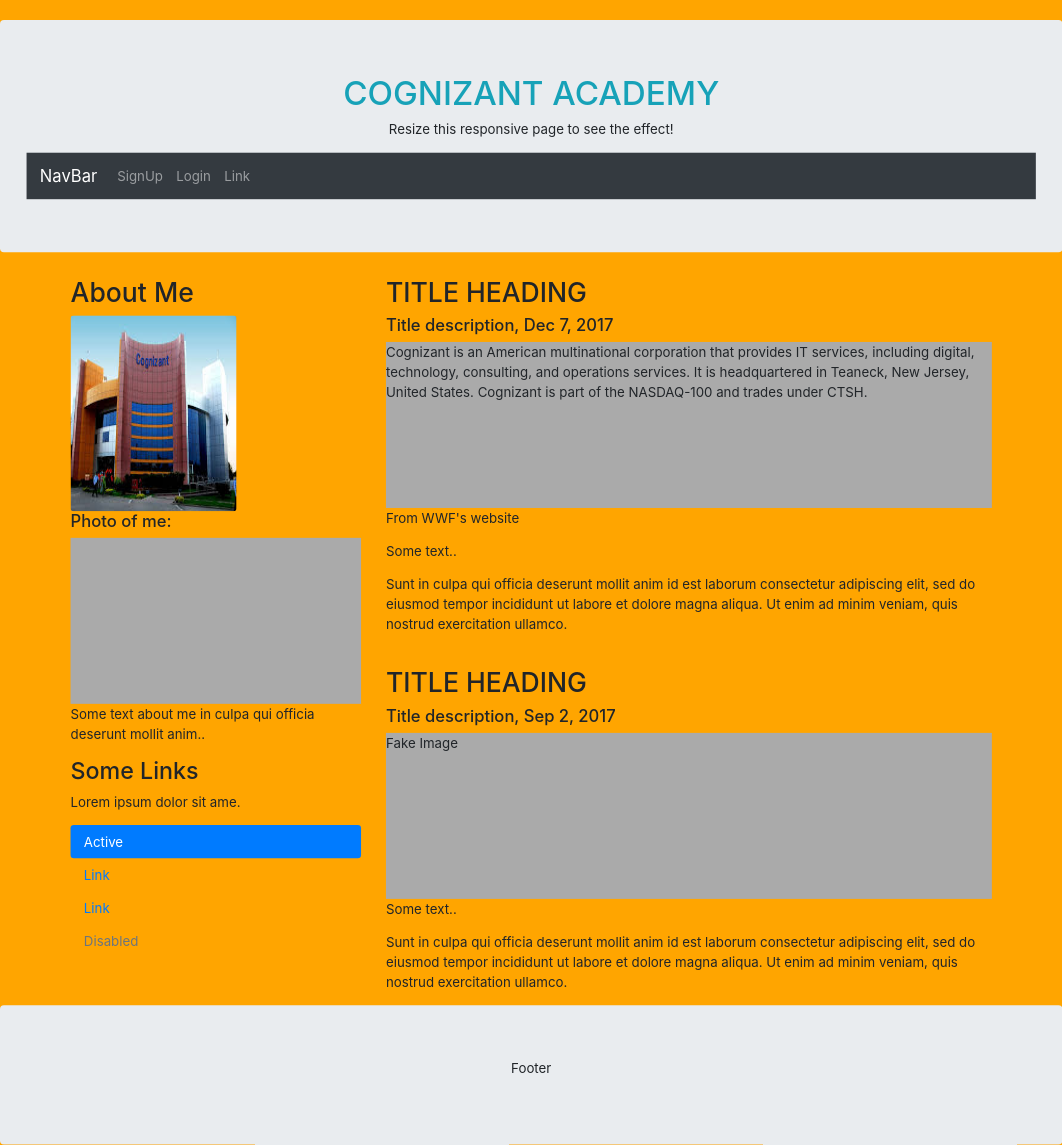
Repository: Ushaswee/cognizant1
Page: BootstrapPro/WebContent/Bootstrap/BsTemplate.html
An editor plug-in stored every save of this project. The page is shown before and after the next save, followed by the edit.
The browser window is 1280 px wide. The pictures show the whole page, at 83% of full size.

Above is the page before, as saved 2020-01-18 12:15:39.

After the next save:
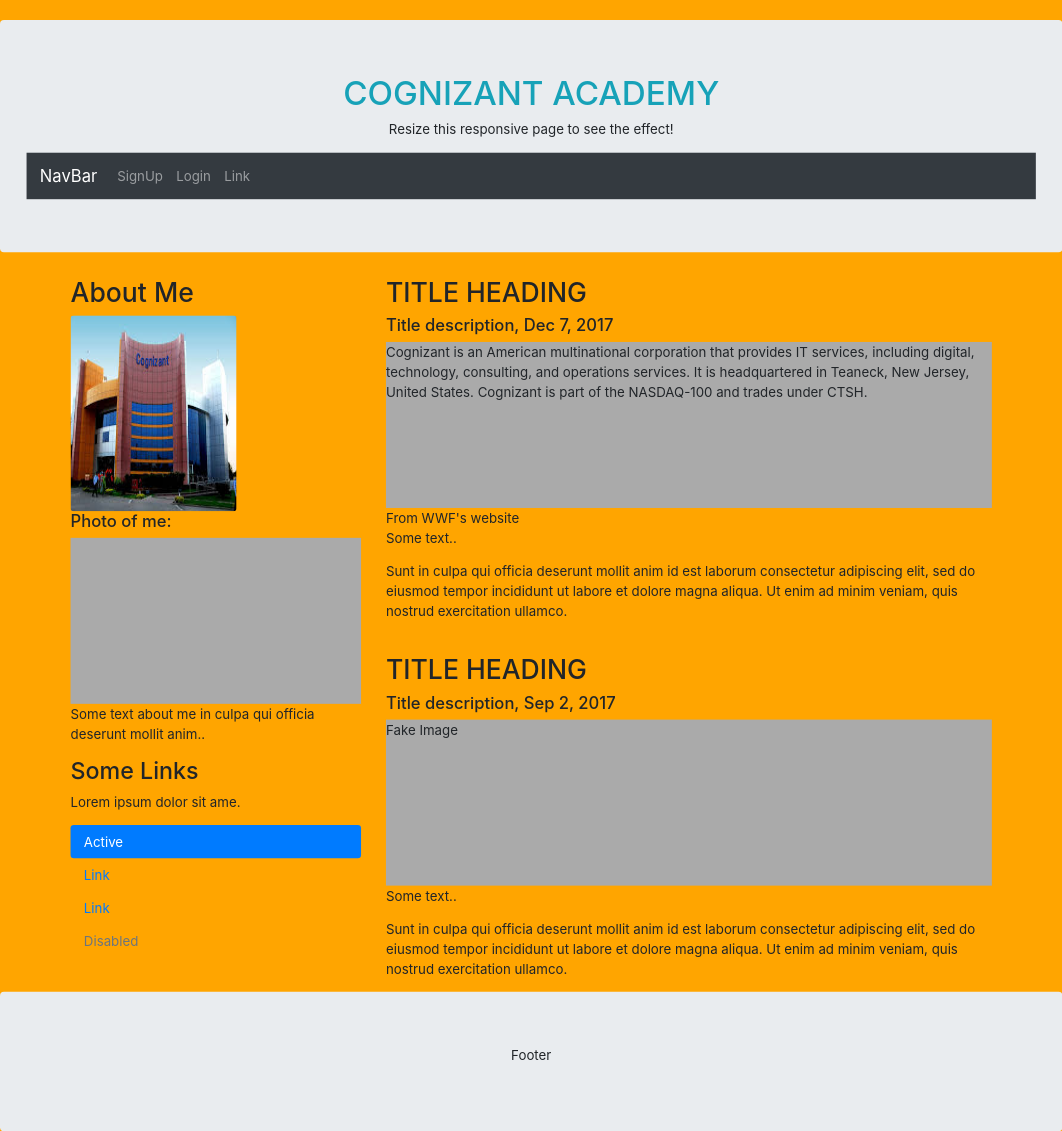
Saved 30 s later.
--- a/BootstrapPro/WebContent/Bootstrap/BsTemplate.html
+++ b/BootstrapPro/WebContent/Bootstrap/BsTemplate.html
@@ -76,8 +76,8 @@
     <div class="col-sm-8">
       <h2>TITLE HEADING</h2>
       <h5>Title description, Dec 7, 2017</h5>
-      <blockquote>
-      <div class="fakeimg">Cognizant is an American multinational corporation that provides IT services, including digital, technology, consulting, and operations services. It is headquartered in Teaneck, New Jersey, United States. Cognizant is part of the NASDAQ-100 and trades under CTSH.</div>
+      <div class="fakeimg">
+      <blockquote>Cognizant is an American multinational corporation that provides IT services, including digital, technology, consulting, and operations services. It is headquartered in Teaneck, New Jersey, United States. Cognizant is part of the NASDAQ-100 and trades under CTSH.</div>
       <footer>From WWF's website</footer>
   </blockquote>
       <p>Some text..</p>
